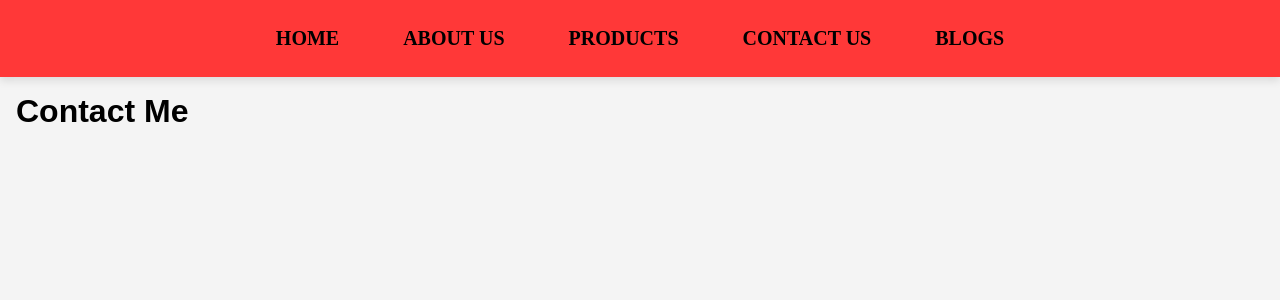
Repository: SharonSebastian32/ecommerce-web-using-react-framework
Page: /contact
The author's editor kept a copy of each file at every save. The page is drawn from the files as they stood at one save, then again after a run of saves.
The browser window is 1280 px wide. The pictures show the whole page.
Some web fonts or font styles are not loaded; a fallback is used. The project was rebuilt for these pictures with package versions that can differ from the ones it lists, and the page was loaded fresh each time. Also part of the build but not shown: src/Style/homeStyle.css, src/pages/Home.jsx, src/pages/Blogs.jsx, src/pages/NoPage.jsx, src/pages/About.jsx, src/ProductPage/productCard.jsx, src/ProductPage/productPage.jsx, src/index.css.

Above is the page before, as saved 2024-07-02 11:27:47.

After the next 2 saves:
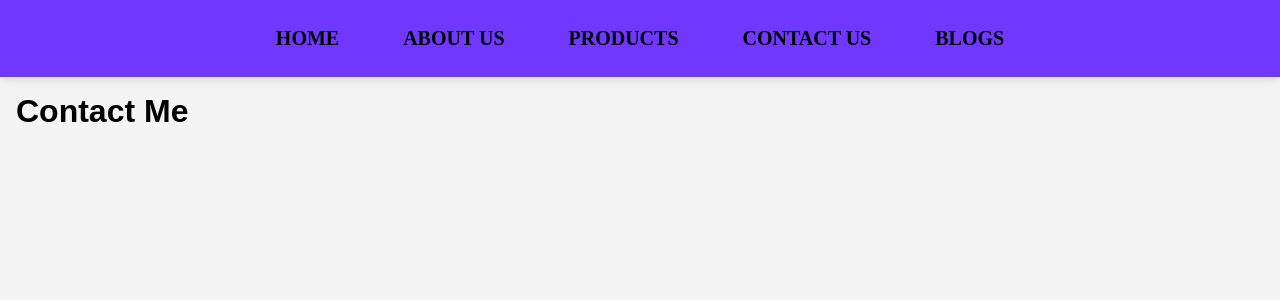
The 2 saves are shown as one change because they came seconds apart.
The last was saved 12 s later.
--- a/src/Style/layout1.css
+++ b/src/Style/layout1.css
@@ -8,7 +8,7 @@
     }
 
     nav {
-        background-color: #ff3838;
+        background-color: #7038ff;
         box-shadow: 0 4px 8px rgba(0, 0, 0, 0.1);
     }
 
